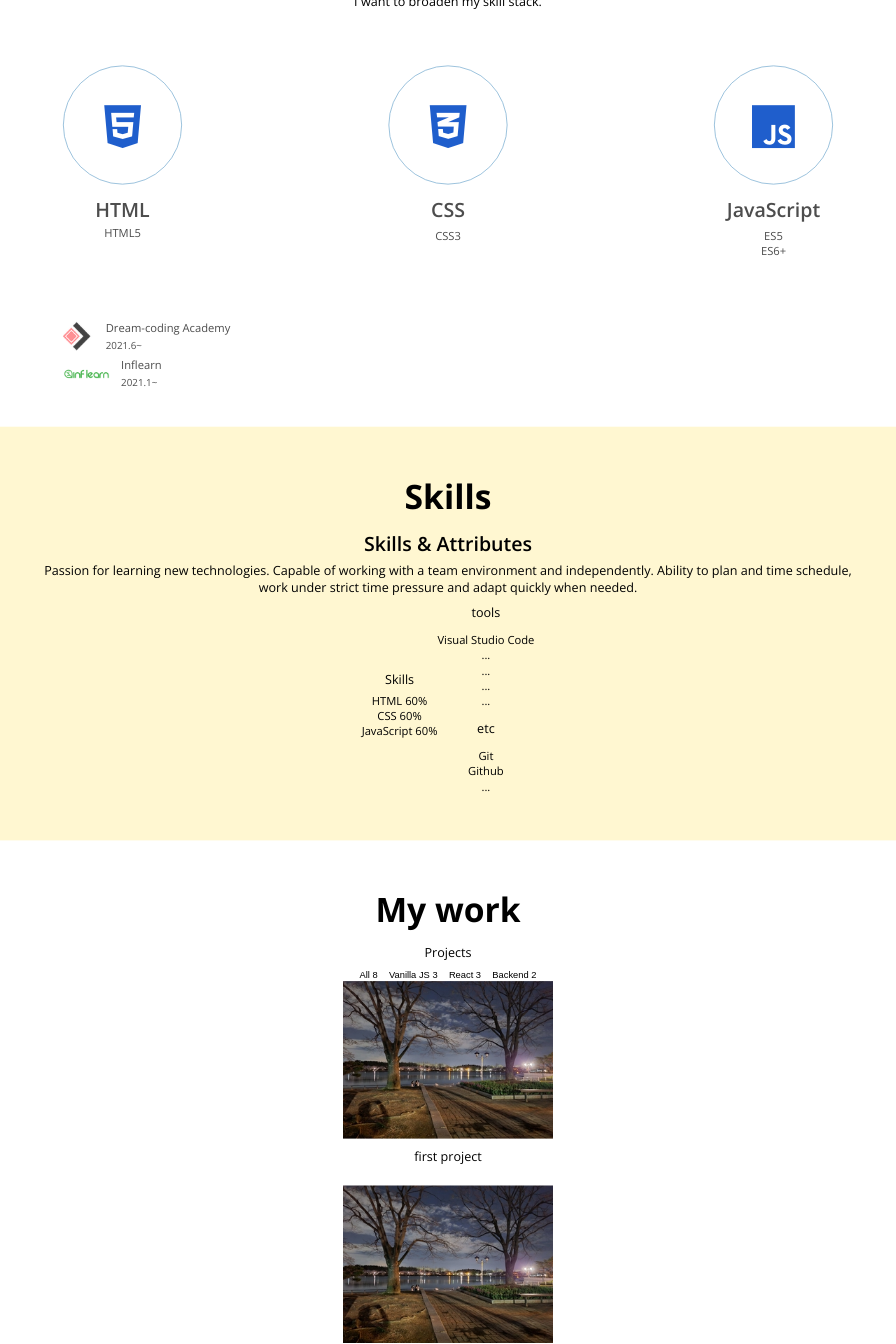
Repository: delphkim/portfolio
Page: index.html
The author's editor kept a copy of each file at every save. The page is drawn from the files as they stood at one save, then again after the next save.
The browser window is 1280 px wide. The pictures show the part of the page from y = 942 to 2862 px (the page is 5923 px tall), at 70% of full size.
Some web libraries are served in a nearby version.

Above is the page before, as saved 2021-08-04 13:01:11.

### index.html
<!DOCTYPE html>
<html lang="en">
  <head>
    <meta charset="UTF-8" />
    <meta http-equiv="X-UA-Compatible" content="IE=edge" />
    <meta name="viewport" content="width=device-width, initial-scale=1.0" />
    <title>DevelPhaba's Portfolio</title>
    <meta name="description" content="Portfolio for world-reknowned software engineer develPhaba"/>
    <meta name="author" content="develPhaba" />
    <link rel="icon" type="img/png" href="./imgs/favicon.png">
    <script src="https://kit.fontawesome.com/d2b892ca94.js" crossorigin="anonymous"></script>
    <link rel="preconnect" href="https://fonts.googleapis.com" />
    <link rel="preconnect" href="https://fonts.gstatic.com" crossorigin />
    <link href="https://fonts.googleapis.com/css2?family=Open+Sans:wght@400;600;700&display=swap" rel="stylesheet"/>
    <!-- CSS rules to specify families -->
    <!-- 1. font-family: 'Open Sans', sans-serif;  -->
    <link rel="stylesheet" href="./style.css">
    <script src="./main.js" defer></script>
  </head>
  <body>
    <!-- Navbar -->
    <nav id="navbar">
      <div class="navbar__logo">
        <img class="navbar__icon" src="./imgs/favicon.png" alt="logo">
        <a href="#">develPhaba</a>
      </div>

        <ul class="navbar__menu">
          <li class="navbar__menu__item active">Home</li>
          <li class="navbar__menu__item">About</li>
          <li class="navbar__menu__item">Skills</li>
          <li class="navbar__menu__item">My work</li>
          <li class="navbar__menu__item">Testimonials</li>
          <li class="navbar__menu__item">Contact</li>
        </ul>

    </nav>
    <!-- Home -->
    <section id="home">
      <img src="./imgs/home.jpg"
           alt="develPhabas' profile photo"
           class="home__avatar">
           <h1 class="home__title">Hello, <br>I'm develPhaba</br></h1>
           <h2 class="home__description">Front-end engineer, who wants to be a Full-stack engineer </h2>
           <button class="home__contact">Contact me</button>
    </section>
    <!-- About -->
    <section id="about" class="section section__container">
      <h1>About me</h1>
      <p>I've studied front-end skills.
        <br>After working as a front-end endgineer for several years,
        <br>I want to broaden my skill stack.
      </p>
      <div class="about__majors">
        <div class="major">
          <div class="major__icon">
            <i class="fab fa-html5"></i>
          </div>
          <h2 class="major__title">HTML</>
          <p class="major__description">HTML5</p>
        </div>
        <div class="major">
            <div class="major__icon">
              <i class="fab fa-css3-alt"></i>
            </div>
            <h2 class="major__title">CSS</h2>
            <p class="major__description">CSS3</p>
        </div>
        <div class="major">
          <div class="major__icon">
            <i class="fab fa-js"></i>
          </div>
          <h2 class="major__title">JavaScript</h2>
          <p class="major__description">ES5<br>ES6+</p>
        </div>
      </div>
      <div class="about__schools">
        <div class="school">
          <img src="./imgs/schools/dream-coding.png" alt="dream-coding" class="school__logo">
          <div class="school__description">
             <p class="school__title">Dream-coding Academy</p>
             <p class="school__years">2021.6~</p>
          </div>
        </div>
        <div class="school">
          <img src="./imgs/schools/inflearn.png" alt="inflearn" class="school__logo">
          <div class="school__description">
             <p class="school__title">Inflearn</p>
             <p class="school__years">2021.1~</p>
          </div>
        </div>
      </div>

    </section>
    <!-- Skills -->
     <section id="skills" class="section">
       <div class="section__container">
           <h1>Skills</h1>
  <h2>Skills & Attributes</h2>
  <p>
    Passion for learning new technologies. Capable of working with a team environment
    and independently. Ability to plan and time schedule, work under
    strict time pressure and adapt quickly when needed.
  </p>
  <div class="skillset">
    <div class="skillset__left">
      <h3 class="skillset__title">Skills</h3>
      <div class="skill">
        <div class="skill__description">
          <span>HTML</span>
          <span>60%</span>
        </div>
        <div class="skill__bar">
          <div class="skill__value"></div>
        </div>
      </div>
      <div class="skill">
        <div class="skill__description">
          <span>CSS</span>
          <span>60%</span>
        </div>
        <div class="skill__bar">
          <div class="skill__value"></div>
        </div>
      </div>
      <div class="skill">
        <div class="skill__description">
          <span>JavaScript</span>
          <span>60%</span>
        </div>
        <div class="skill__bar">
          <div class="skill__value"></div>
        </div>
      </div>
    </div>
    <div class="skillset__right">
      <div class="tools">
        <h3 class="skillset__title">tools</h3>
        <ul class="tools__list">
          <li><span>Visual Studio Code</span></li>
          <li><span>...</span></li>
          <li><span>...</span></li>
          <li><span>...</span></li>
          <li><span>...</span></li>
        </ul>
      </div>
      <div class="etc">
        <h3 class="skillset__title">etc</h3>
        <ul class="ect__list">
          <li><span>Git</span></li>
          <li><span>Github</span></li>
          <li><span>...</span></li>
        </ul>
      </div>
    </div>
  </div>
       </div>
    </section>
   <!-- Work -->
    <section id="work" class="section">
      <h1>My work</h1>
      <h3>Projects</h3>
      <div class="work__categories">
        <button class="category__btn">All <span class="category__count">8</span></button>
        <button class="category__btn">Vanilla JS <span class="category__count">3</span></button>
        <button class="category__btn">React <span class="category__count">3</span></button>
        <button class="category__btn">Backend <span class="category__count">2</span></button>
      </div>
      <div class="work__projects">
        <a href="https://github.com/develPhaba/test"
           class="project"
           targe="blank">
           <img class="project__img" src="./imgs/projects/1.jpg" alt="one">
           <div class="project__description">
             <h3>first project</h3>
             <span>Clone coding with HTML and CSS</span>
           </div>
        </a>
        <a href="https://github.com/develPhaba/test"
           class="project"
           target="blank">
           <img class="project__img" src="./imgs/projects/2.jpg" alt="two">
           <div class="project__description">
            <h3>Second project</h3>
            <span>Clone coding with HTML, CSS and JavaScript</span>
          </div>
        </a>
        <a href="https://github.com/develPhaba/test"
           class="project"
           target="blank">
           <img class="project__img" src="./imgs/projects/3.jpg" alt="three">
           <div class="project__description">
            <h3>third project</h3>
            <span>Clone coding with HTML,CSS and JavaScript</span>
           </div>
        </a>
        <a href="https://github.com/develPhaba/test"
           class="project"
           target="blank">
          <img class="project__img" src="./imgs/projects/4.jpg" alt="four">
          <div class="project__description">
            <h3>fourth project</h3>
            <span>Clone coding,Front-end with React</span>
          </div>
        </a>
        <a href="https://github.com/develPhaba/test"
           class="project"
           target="blank">
          <img class="project__img" src="./imgs/projects/5.jpg" alt="five">
          <div class="project__description">
            <h3>fifth project</h3>
            <span>Clone coding,Front-end with React</span>
          </div>
        </a>
        <a href="https://github.com/develPhaba/test"
           class="project"
           target="blank">
          <img class="project__img" src="./imgs/projects/6.jpg" alt="six">
          <div class="project__description">
            <h3>sixth project</h3>
            <span>Clone coding,Front-end with React</span>
          </div>
        </a>
        <a href="https://github.com/develPhaba/test"
           class="project"
           target="blank">
           <img class="project__img" src="./imgs/projects/7.jpg" alt="seven">
           <div class="project__description">
            <h3>seventh project</h3>
            <span>Clone coding, Back-end with Node.js</span>
           </div>
        </a>
        <a href="https://github.com/develPhaba/test"
           class="project"
           target="blank">
           <img class="project__img" src="./imgs/projects/8.jpg" alt="eight">
           <div class="project__description">
            <h3>eighth project</h3>
            <span>Clone coding, Back-end with Node.js</span>
           </div>
        </a>
      </div>
    </section>
    <!-- Testimonials -->
    <section id="testimonials" class="section">
      <h1>Testimonials</h1>
      <h3>See what they say about me</h3>
      <div class="testimonials">
        <div class="testimonial">
          <img src="./imgs/testimonial/people1.jpg"
               alt="people"
               class="testimonial__avatar">
               <div class="testimonial__speech-bubble">
                 <p>Lorem ipsum dolor sit amet consectetur adipisicing elit. Magnam, vitae.
                   Dolores sit in amet quos. Alias maiores accusantium dolore error illo eligendi,
                   vel sint aperiam nemo soluta debitis deserunt voluptas.</p>
                   <p class="name"><a href="https://github.com/develPhaba/test">TestName</a>/Test company</p>
               </div>
        </div>
        <div class="testimonial">
          <img src="./imgs/testimonial/people2.jpg"
               alt="people"
               class="testimonial__avatar">
               <div class="testimonial__speech-bubble">
                <p>Lorem ipsum dolor sit amet consectetur adipisicing elit. Magnam, vitae.
                  Dolores sit in amet quos. Alias maiores accusantium dolore error illo eligendi,
                  vel sint aperiam nemo soluta debitis deserunt voluptas.</p>
                <p class="name"><a href="https://github.com/develPhaba/test">TestName2</a>/Test company2</p>
              </div>
        </div>
      </div>
    </section>
    <!-- Contact -->
    <section id="contact" class="section">
      <h1 class="contact__title">Let's talk</h1>
      <h2 class="contact__email">hgkim9201@gmail.com</h2>
      <div class="contact__links">
      <a href="https://github.com/develPhaba">
        <i class="fa fa-github"></i>
      </a>
      <a href="">
      <i class="fa fa-linkedin-square"></i>
      </a>
      </div>
      <p class="contact__rights">Dreaming-coding Ellie -All rights reserved</p>
    </section>
  </body>
</html>

### style.css
:root {
  /* Color */
  --color-white: #ffffff;
  --color-light-white: #eeeeee;
  --color-dark-white: #bdbdbd;
  --color-pink: #fe918d;
  --color-dark-pink: #ff6863;
  --color-black: #4d4d4d;
  --color-dark-grey: #4d4d4d;
  --color-grey: #616161;
  --color-blue: #73aace;
  --color-yellow: #fff7d1;
  --color-orange: #feb546;
  --color-black: #000000;
  --color-green: #80deea;
  --color-sky-blue: #2979ff;
  --color-dark-blue: rgb(31, 94, 204);
  /* Font size */
  --font-large: 48px;
  --font-medium: 28px;
  --font-regular: 18px;
  --font-small: 16px;
  --font-micro: 14px;
  /* Font weight */
  --weight-bold: 700;
  --weight-semi-bold: 600;
  --weight-regular: 400;
  /* Size */
  --size-border-radius: 4px;
  /*Animation*/
  --animation-duration: 300ms;
}
/* Universal tags */
* {
  box-sizing: border-box;
}
body {
  font-family: "Open Sans", sans-serif;
  margin: 0;
  cursor: default;
}
a {
  text-decoration: none;
  color: var(--color-white);
}
ul {
  list-style: none;
  padding-left: 0;
}
h1 {
  font-size: var(--font-large);
  font-weight: var(--weight-bold);
  color: var(--color-black);
  margin: 16px 0;
}
h2 {
  font-size: var(--font-medium);
  font-weight: var(--weight-semi-bold);
  color: var(--color-black);
  margin: 8px 0;
}
h3 {
  font-size: var(--font-regular);
  font-weight: var(--weight-regular);
  color: var(--color-black);
  margin: 8px 0;
}
p {
  font-size: var(--font-regular);
  font-weight: var(--weight-regular);
  color: var(--color-black);
  margin: 4px 0;
}
button {
  background-color: transparent;
  cursor: pointer;
  border: none;
  outline: none;
}
/* Navbar */
#navbar {
  display: flex;
  justify-content: space-between;
  background-color: var(--color-sky-blue);
  align-items: center;
  color: var(--color-white);
  padding: 16px;
}
.navbar__logo {
  font-size: var(--font-medium);
  font-weight: var(--weight-semi-bold);
}
.navbar__icon {
  width: var(--font-medium);
  height: var(--font-medium);
}
.navbar__menu {
  display: flex;
}
.navbar__menu__item {
  padding: 8px 12px;
  margin: 0 4px;
  cursor: pointer;
  border-radius: var(--size-border-radius);
}
.navbar__menu__item:hover {
  background-color: var(--color-dark-blue);
}
.navbar__menu__item.active {
  border: 1px solid var(--color-white);
}
/*Home*/
#home {
  background: url(./imgs/homepage-background.png) center/cover no-repeat;
  padding: 40px;
  text-align: center;
}
.home__avatar {
  width: 250px;
  height: 250px;
  border-radius: 50%;
  border: 2px solid var(--color-light-white);
}
.home__title,
.home__description {
  color: var(--color-white);
}
.home__contact {
  color: var(--color-white);
  font-size: var(--font-regular);
  font-weight: var(--weight-bold);
  margin: 24px;
  padding: 8px 12px;
  border: 2px solid var(--color-white);
  border-radius: var(--size-border-radius);
}
/* Section common */
.section {
  text-align: center;
  padding: 50px;
  margin: auto;
}
.section__container {
  max-width: 1200px;
  margin: auto;
}
/* About me */
.about__majors {
  display: flex;
  justify-content: space-between;
  margin: 80px 0;
}
.major__icon {
  color: var(--color-dark-blue);
  font-size: 70px;
  width: 170px;
  height: 170px;
  line-height: 170px;
  margin: auto;
  border: 1px solid var(--color-blue);
  border-radius: 50%;
  margin-bottom: 16px;
}
.major__title,
.major__description {
  color: var(--color-dark-grey);
}
.major__description {
  font-size: var(--font-small);
}
.major__icon i {
  transition: all var(--animation-duration) ease;
}
.major__icon:hover i {
  transform: rotate(-30deg) scale(1.1);
  color: var(--color-dark-pink);
}
.school {
  display: flex;
  align-items: center;
}
.school__description {
  margin: 0 16px;
  text-align: left;
}
.school__title,
.school__years {
  color: var(--color-dark-grey);
}

.school__title {
  font-size: var(--font-small);
}
.school__years {
  font-size: var(--font-micro);
}
/* Skills */
#skills {
  background-color: var(--color-yellow);
}
.skillset {
  display: flex;
  justify-content: center;
  align-items: center;
}

Loaded but not shown: main.js (no stored copy; drawn as an empty file)

After the next save:
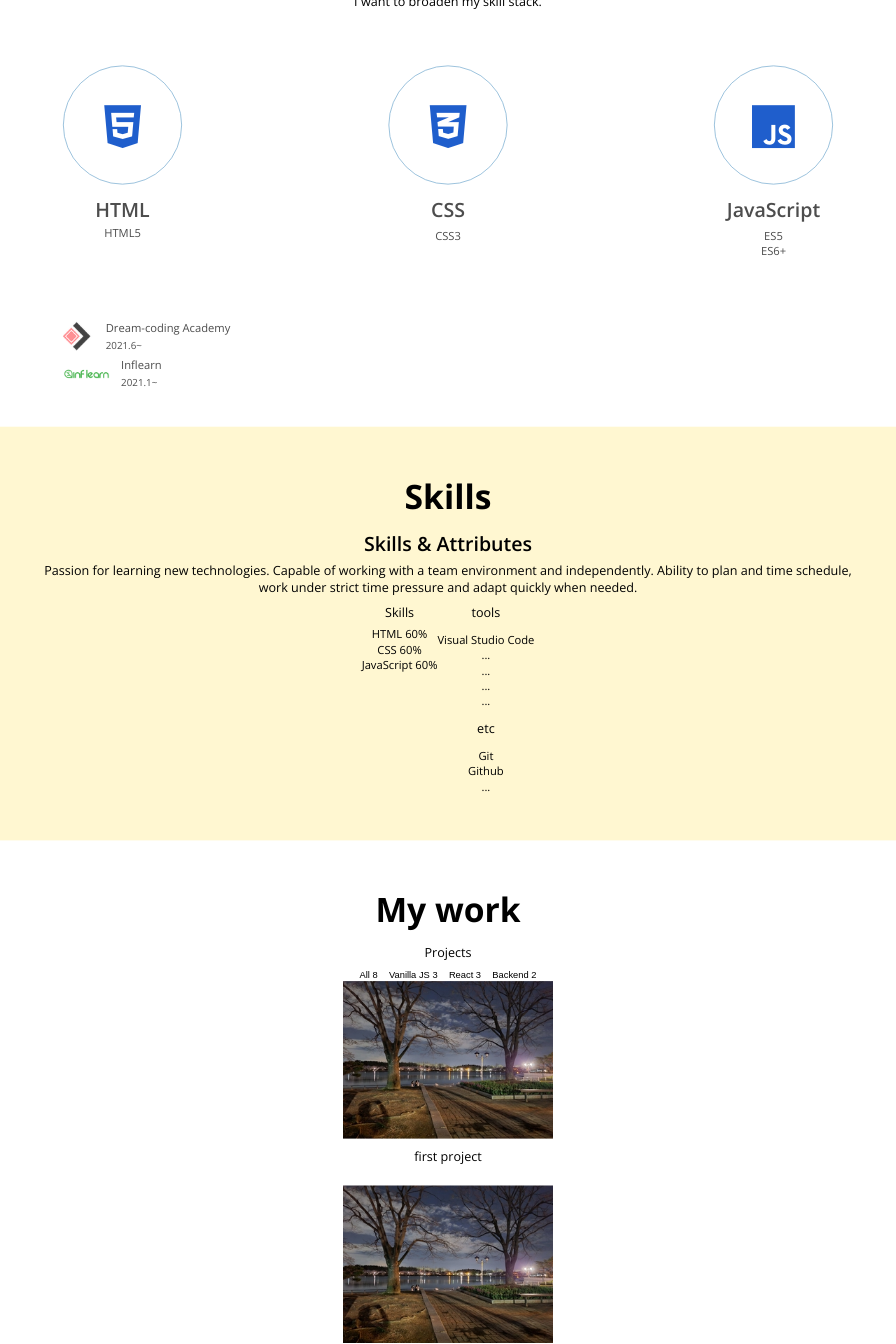
Saved 7 s later.
--- a/style.css
+++ b/style.css
@@ -201,5 +201,5 @@
 .skillset {
   display: flex;
   justify-content: center;
-  align-items: center;
-}
+  align-items: space-between;
+}
